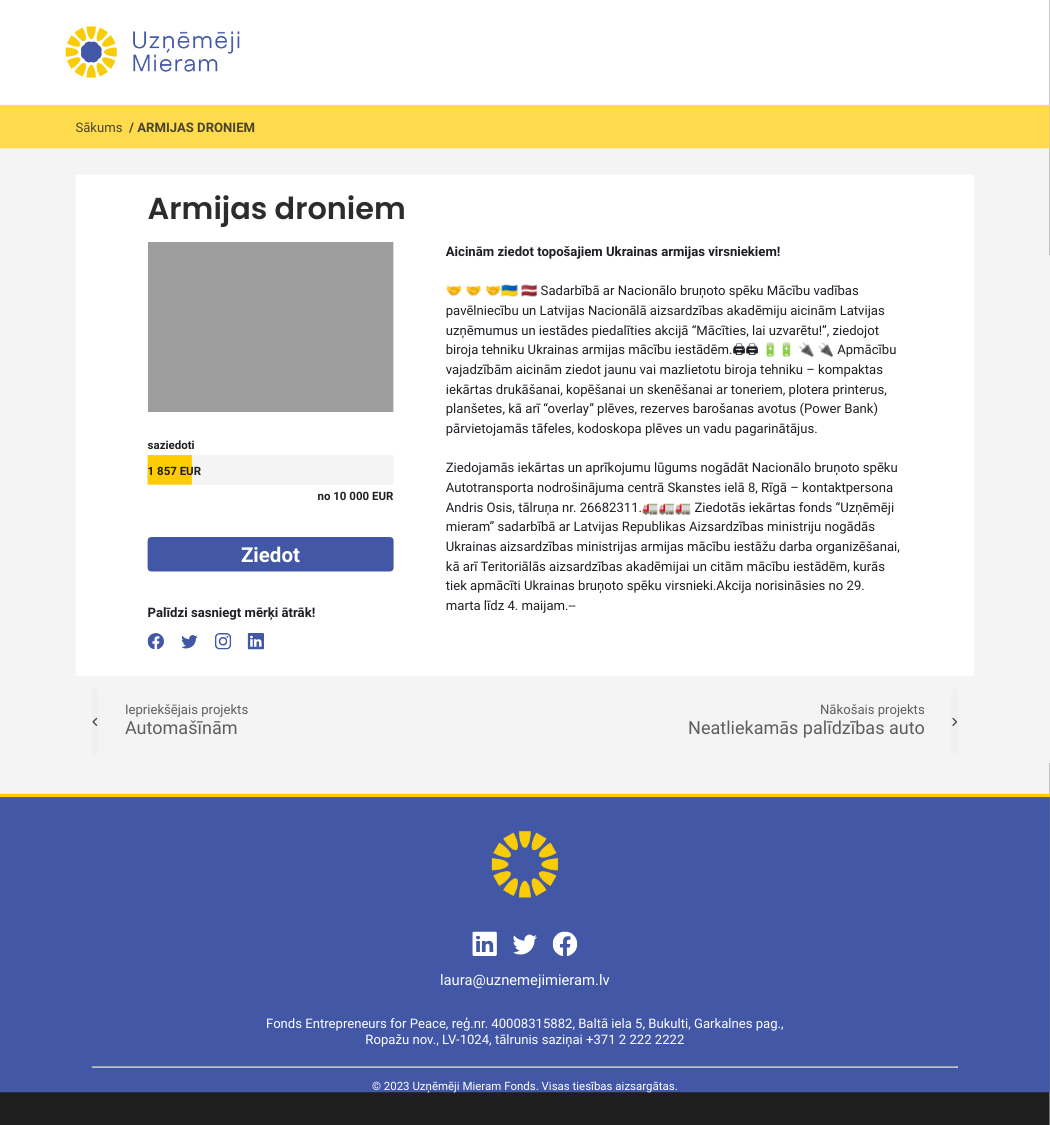
Repository: KatrinaPa/projekts11
Page: projekts-drones.html
The author's editor kept a copy of each file at every save. The page is drawn from the files as they stood at one save, then again after the next save.
The browser window is 1280 px wide. The pictures show the whole page, at 82% of full size.
Pictures or frames that could not be fetched are drawn as grey boxes.

Above is the page before, as saved 2023-05-30 23:42:29.
Console error: TypeError: Cannot read properties of null (reading 'children')

After the next save:
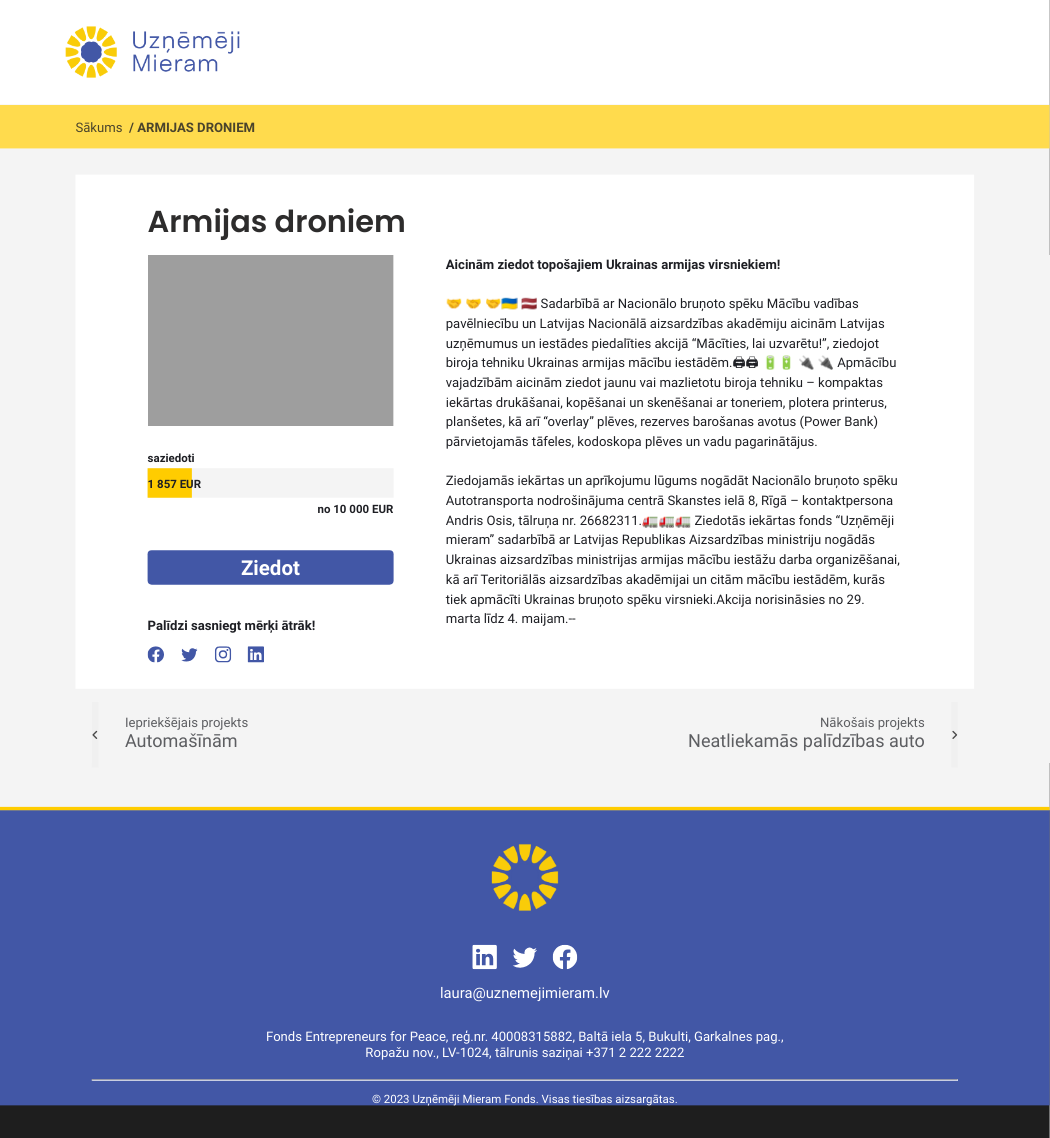
Saved 55 s later.
--- a/assets/projekti.css
+++ b/assets/projekti.css
@@ -67,7 +67,7 @@
 }
 
 .carousel_project h1 {
-    padding: 1rem 0 1rem 5.5rem;
+    padding: 2rem 0 1rem 5.5rem;
 }
 
 .donate_project-left {
